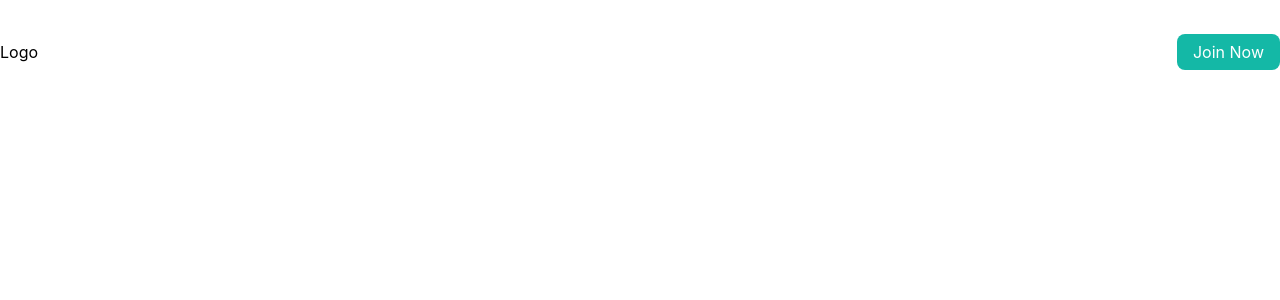
Repository: arafatmollah/auth-app
Page: /
An editor plug-in stored every save of this project. The page is shown before and after the next save, followed by the edit.
The browser window is 1280 px wide. The pictures show the whole page.
The project was rebuilt for these pictures with package versions that can differ from the ones it lists, and the page was loaded fresh each time. The framework's server and built-in components were replaced by stand-ins that run in the browser. Also part of the build but not shown: next.config.js.

Above is the page before, as saved 2022-10-03 16:10:59.

After the next save:
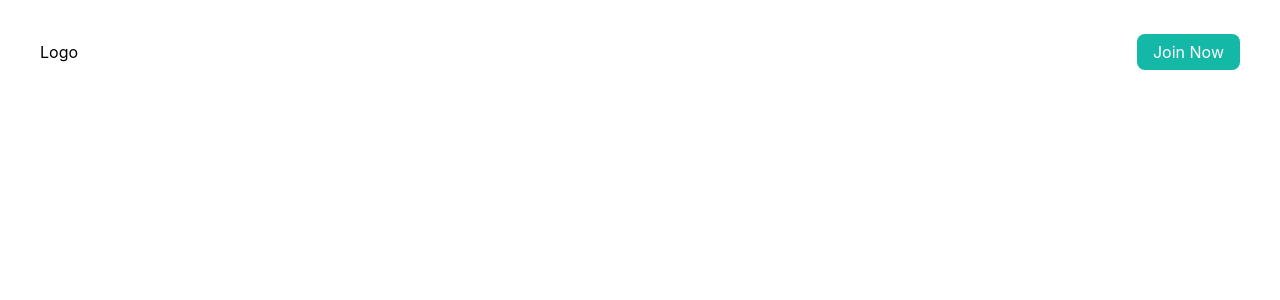
Saved 4 s later.
--- a/components/Nav.js
+++ b/components/Nav.js
@@ -4,7 +4,7 @@ import Link from 'next/link'
 function Nav() {
   return (
     <div>
-        <nav className='flex justify-between items-center py-10 px'>
+        <nav className='flex justify-between items-center py-10 px-10'>
         <Link href="/">Logo</Link>
         <ul>
             <Link href="/auth">
